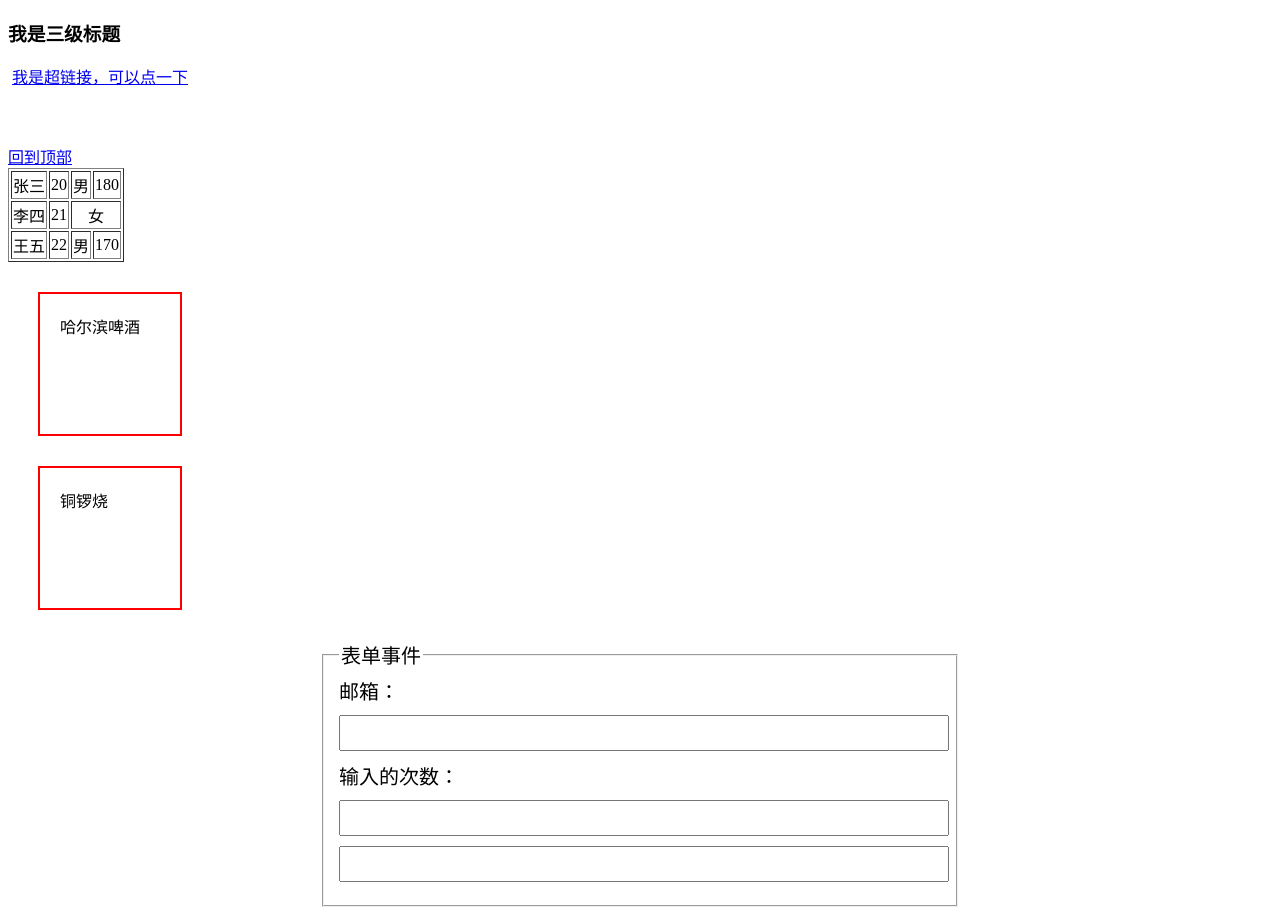
Repository: wyhzglgithub/mygitremote
Page: test.html
An editor plug-in stored every save of this project. The page is shown before and after a run of saves, followed by the edit.
The browser window is 1280 px wide. The pictures show the whole page.

Above is the page before, as saved 2021-10-11 13:50:21.

After the next 2 saves:
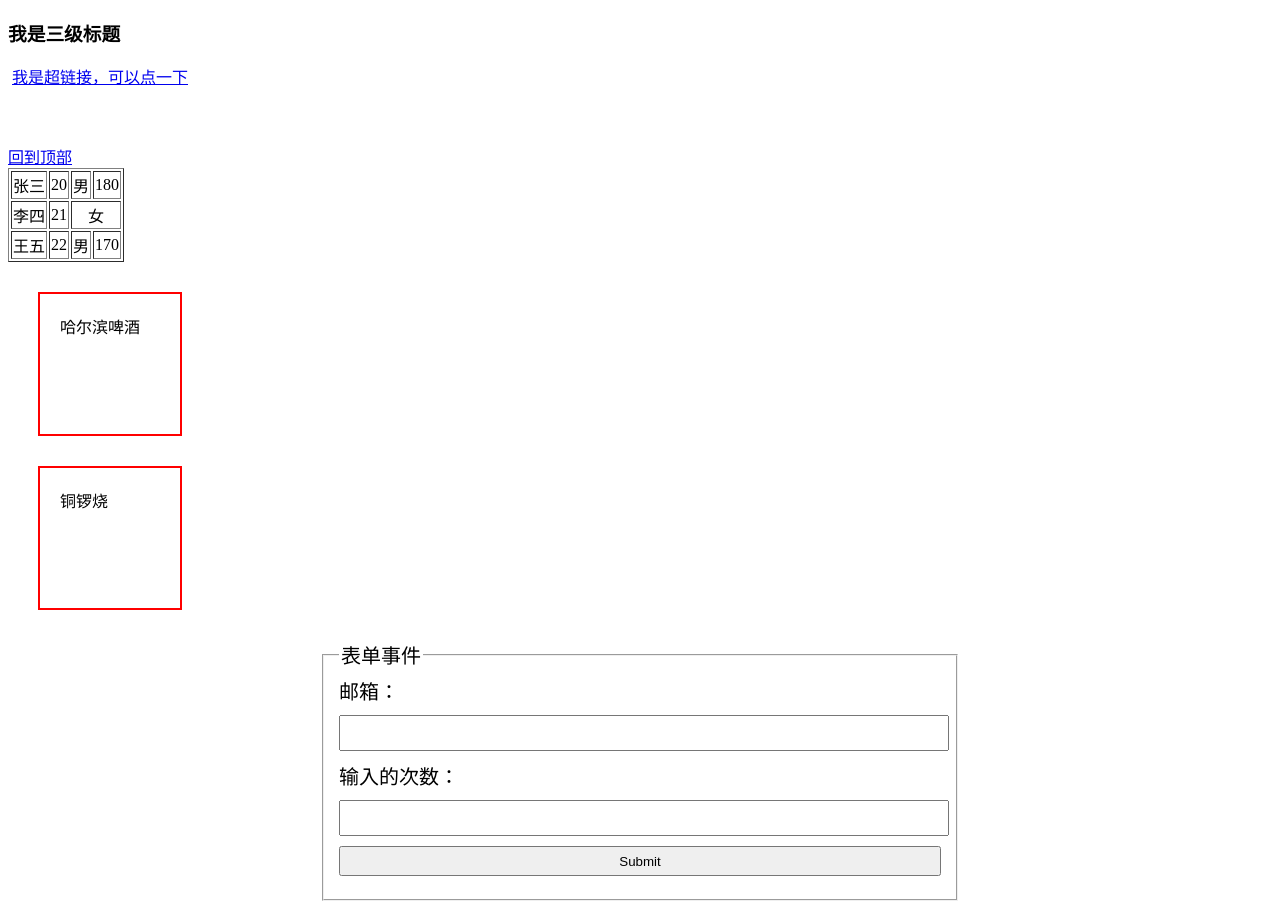
The 2 saves are shown as one change because they came seconds apart.
The last was saved 6 s later.
--- a/test.html
+++ b/test.html
@@ -75,7 +75,7 @@
                 输入的次数：<input type="text" name="" id="txt2" />
             </label>
 
-            <input >
+            <input type="submit">
         </fieldset>
     </form>
 
